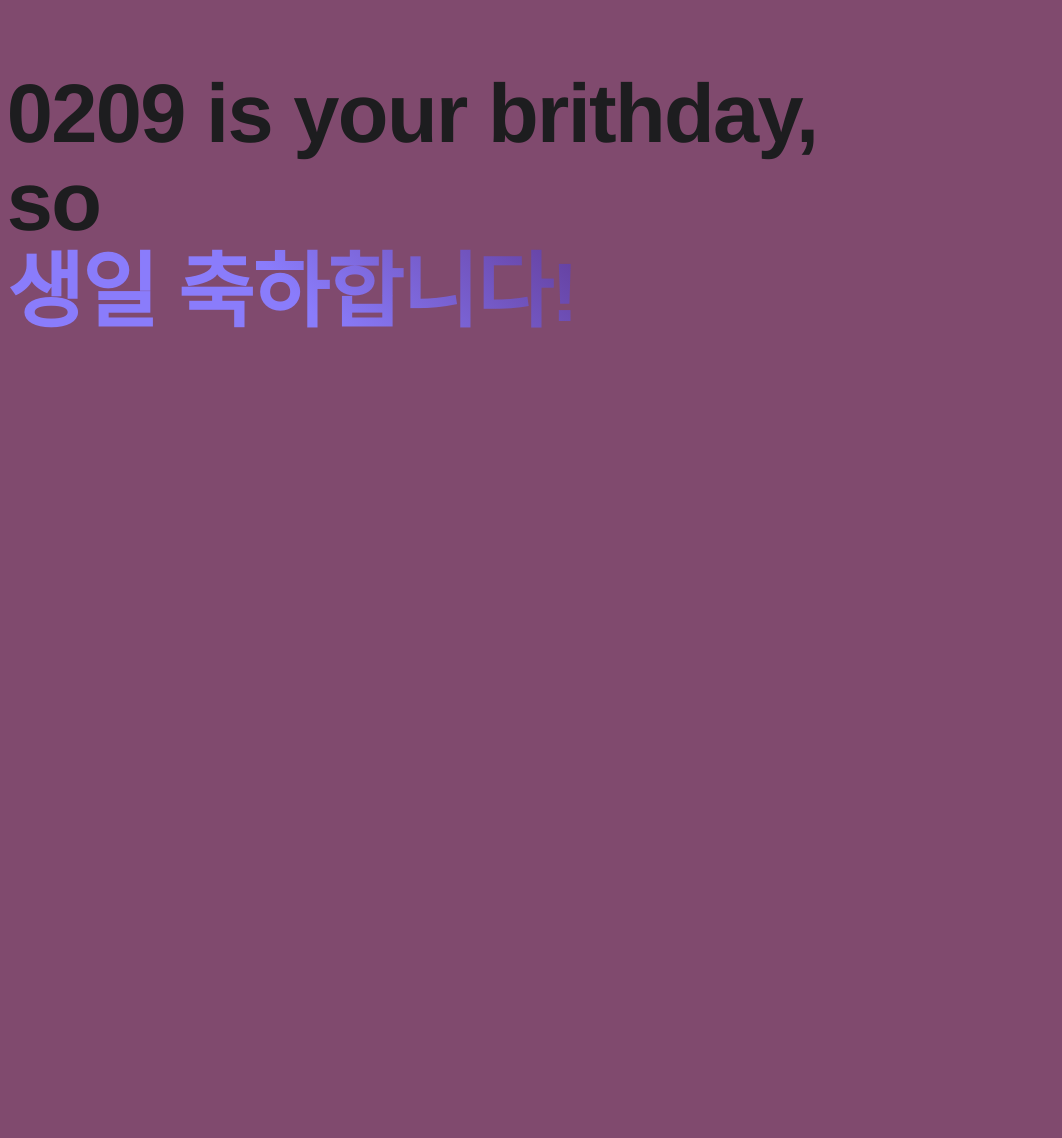
Repository: Caococos/02-09
Page: /
These files come from the project's save history. The page is drawn as it stood at one moment and after the next save; the edit follows.
The browser window is 1280 px wide. The pictures show the whole page, at 83% of full size.
The project was rebuilt for these pictures with package versions that can differ from the ones it lists, and the page was loaded fresh each time. Also part of the build but not shown: vue.config.js.

Above is the page before, as saved 2021-06-11 22:42:22.

### src/main.js
/*
 * @Descripttion:
 * @version: 1.0
 * @Author: Zhihaot1
 * @Date: 2021-06-11 21:03:51
 * @LastEditors: Zhihaot1
 * @LastEditTime: 2021-06-11 22:08:57
 */
import Vue from 'vue'
import App from './App.vue'
import router from './router'

Vue.config.productionTip = false
import "assets/css/index.css";
new Vue({
  router,
  render: h => h(App)
}).$mount('#app')

### src/App.vue
<!--
 * @Descripttion:
 * @version: 1.0
 * @Author: Zhihaot1
 * @Date: 2021-06-11 21:03:51
 * @LastEditors: Zhihaot1
 * @LastEditTime: 2021-06-11 21:30:25
-->
<template>
  <div id="app">
    <router-view />
  </div>
</template>

<style>
</style>

### src/router/index.js
/*
 * @Descripttion:
 * @version: 1.0
 * @Author: Zhihaot1
 * @Date: 2021-06-11 21:03:51
 * @LastEditors: Zhihaot1
 * @LastEditTime: 2021-06-11 21:34:08
 */
import Vue from 'vue'
import VueRouter from 'vue-router'
import Home from 'views/home/Home.vue'

Vue.use(VueRouter)

const routes = [
  {
    path: '',
    redirect: '/home'
  },
  {
    path: '/home',
    name: 'Home',
    component: Home
  },
  // {
  //   path: '/about',
  //   name: 'About',
  //   // route level code-splitting
  //   // this generates a separate chunk (about.[hash].js) for this route
  //   // which is lazy-loaded when the route is visited.
  //   component: () => import(/* webpackChunkName: "about" */ '../views/About.vue')
  // }
]

const router = new VueRouter({
  mode: 'history',
  base: process.env.BASE_URL,
  routes
})

export default router

### src/assets/css/index.css
:root {
  --offset: 6px;
}

body {
  height: 100vw;
  background-color: rgb(128, 74, 110);
}

### src/views/home/Home.vue
<template>
  <div class='home'>
    <font-swiper></font-swiper>
  </div>
</template>

<script>
import FontSwiper from 'views/home/childComps/FontSwiper';
export default {
  name: 'home',
  data() {
    return {

    }
  },
  components: {
    FontSwiper
  }
}
</script>

<style scoped>
</style>

### src/views/home/childComps/FontSwiper.vue
<!--
 * @Descripttion:
 * @version: 1.0
 * @Author: Zhihaot1
 * @Date: 2021-06-11 22:34:44
 * @LastEditors: Zhihaot1
 * @LastEditTime: 2021-06-11 22:35:27
-->
<template>
  <div class="font-swiper">
    <h2>0209 is your brithday, so
      <div class="mask">
        <span data-show>Happy birthday!</span>
        <span>С днем рождения!</span>
        <span>생일 축하합니다!</span>
        <span>誕生日おめでと!</span>
      </div>
    </h2>
  </div>
</template>

<script>

export default {
  name: 'FontSwiper',
  mounted() {
    this.move()
  },
  methods: {
    move() {
      setInterval(function () {
        const show = document.querySelector('span[data-show]')
        const next = show.nextElementSibling || document.querySelector('span:first-child')
        const up = document.querySelector('span[data-up]')

        if (up) {
          up.removeAttribute('data-up')
        }
        show.removeAttribute('data-show')
        show.setAttribute('data-up', '')

        next.setAttribute('data-show', '')
      }, 2000)
    }
  }
}
</script>
<style scoped>
h2 {
  width: 980px;
  font-size: 100px;
  font-family: Helvetica;
  line-height: 1.06;
  letter-spacing: -0.02em;
  color: #1d1d1f;
}

.mask {
  margin-top: var(--offset);
  height: 106px;
  position: relative;
  overflow: hidden;
}

.mask span {
  display: block;
  padding: var(--offset) 0;
  margin-top: 10px;
  box-sizing: border-box;
  position: absolute;
  top: 100px;

  background-size: 100% 100%;
  -webkit-background-clip: text;
  background-clip: text;
  -webkit-text-fill-color: transparent;
  background-repeat: no-repeat;
}

.mask span[data-show] {
  transform: translateY(-100%);
  transition: 0.5s transform ease-in-out;
}

.mask span[data-up] {
  transform: translateY(-200%);
  transition: 0.5s transform ease-in-out;
}

.mask span:nth-child(1) {
  background-image: linear-gradient(45deg, #0ecffe 50%, #07a6f1);
}

.mask span:nth-child(2) {
  background-image: linear-gradient(45deg, #18e198 50%, #0ec15d);
}

.mask span:nth-child(3) {
  background-image: linear-gradient(45deg, #8a7cfb 50%, #633e9c);
}

.mask span:nth-child(4) {
  background-image: linear-gradient(45deg, #fa7671 50%, #f45f7f);
}
</style>

Loaded but not shown: public/index.html (common file)

After the next save:
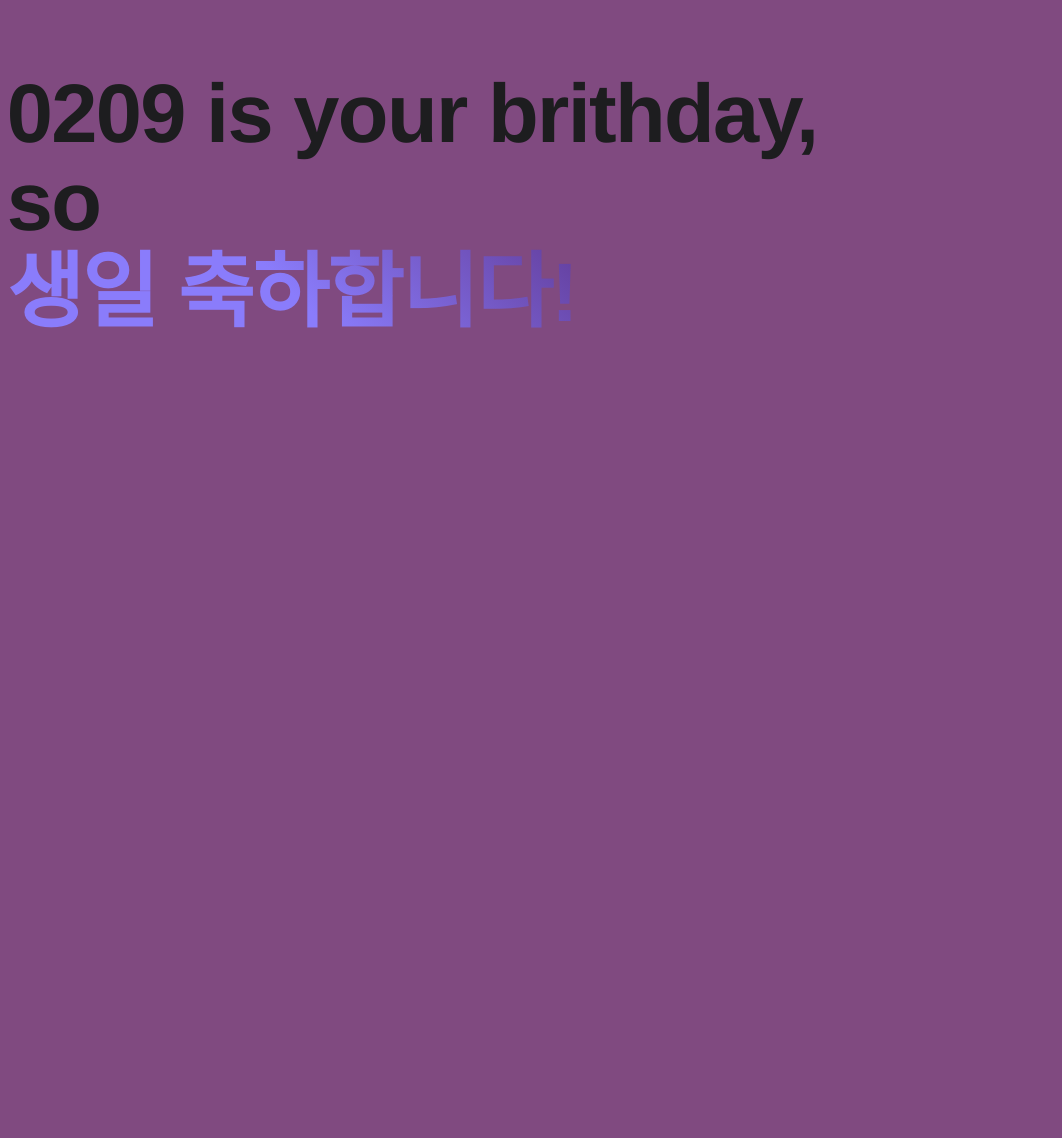
Saved 63 s later.
--- a/src/assets/css/index.css
+++ b/src/assets/css/index.css
@@ -4,5 +4,5 @@
 
 body {
   height: 100vw;
-  background-color: rgb(128, 74, 110);
+  background-color: rgb(128, 74, 128);
 }

After the save that followed:
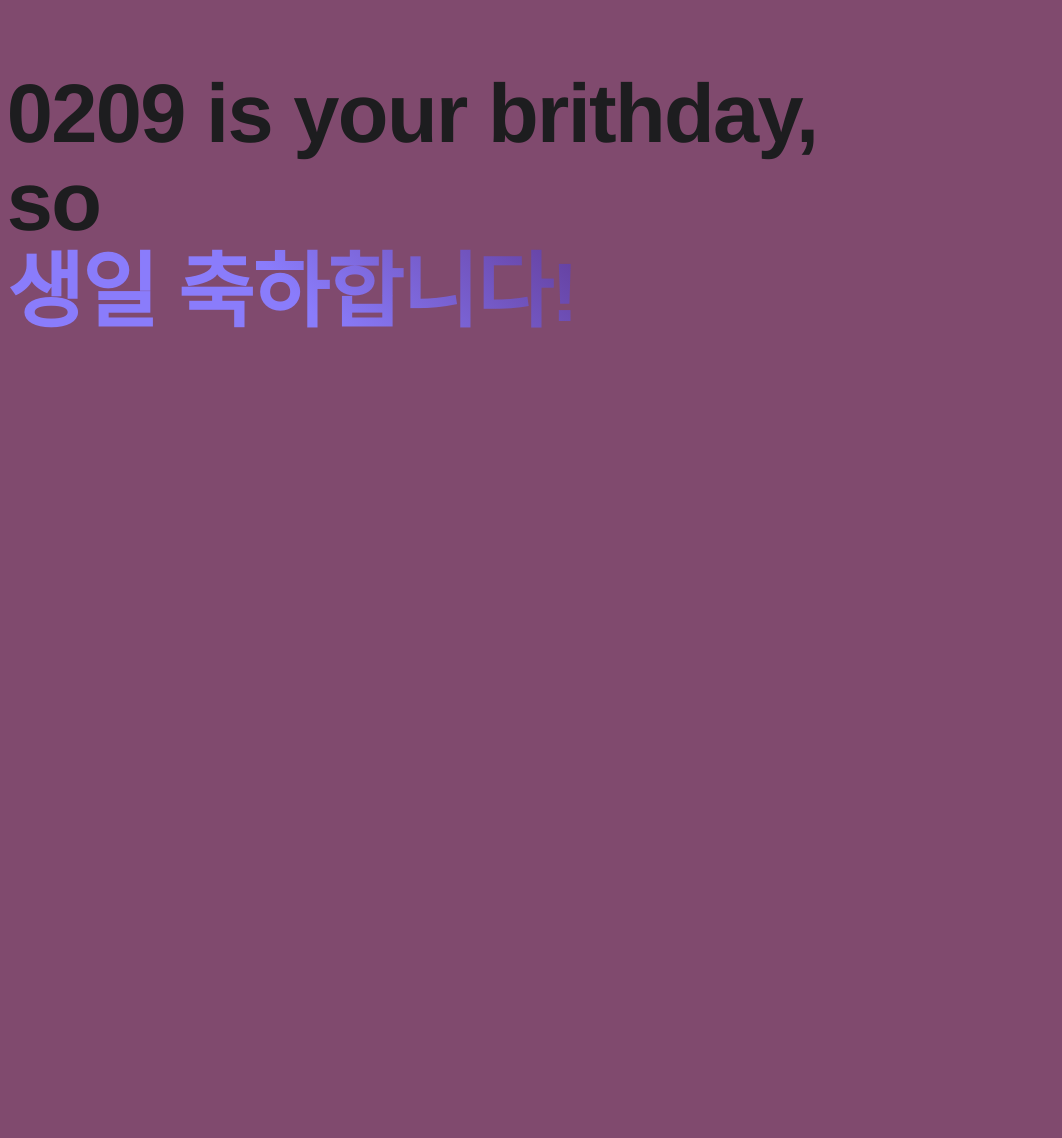
Saved 12 s later.
--- a/src/assets/css/index.css
+++ b/src/assets/css/index.css
@@ -4,5 +4,5 @@
 
 body {
   height: 100vw;
-  background-color: rgb(128, 74, 128);
+  background-color: rgb(128, 74, 110);
 }
